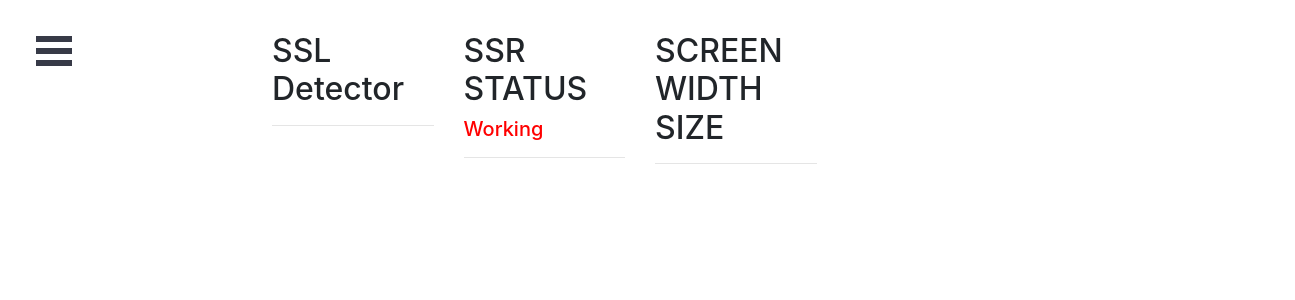
Repository: adrihle/screen-detector-nextpwa
Page: /
An editor plug-in stored every save of this project. The page is shown before and after the next save, followed by the edit.
The browser window is 1280 px wide. The page is 1280 px wide, then 1295 px, so the pictures cover 1295 px, including what lies to the right of the window. The pictures show the whole page.
The project was rebuilt for these pictures with package versions that can differ from the ones it lists, and the page was loaded fresh each time. The framework's server and built-in components were replaced by stand-ins that run in the browser. Imported but missing from the stored project, and not drawn on this page: pages/_document.

Above is the page before, as saved 2020-12-29 18:36:44.

### pages/_app.js
import App, { Container } from "next/app";
import Head from "next/head";
import styled, { createGlobalStyle } from "styled-components";
import { title } from "./_document";
import ScreenSizeLayout from '../components/smart/ScreenSizeLayout'
import Menu from '../components/navigation/mobile'

// Any global CSS variables and selectors we want
const GlobalStyle = createGlobalStyle`
  :root {
    --padding: 2rem;
    --max-width: 50rem;
  }

  body {
    background: var(--background--1);
    font-family: 'PT Sans', sans-serif;
    margin: 0;
  }
`;

const Main = styled.main`
  margin: 0 auto;
  max-width: var(--max-width);
  padding: var(--padding);
`;

export default class MyApp extends App {
  static async getInitialProps({ Component, ctx }) {
    let pageProps = {};

    if (Component.getInitialProps) {
      pageProps = await Component.getInitialProps(ctx);
    }

    return { pageProps };
  }

  render() {
    const { Component, pageProps, router } = this.props;

    return (
      <>
        <Head>
          <title>{title}</title>
          <link rel="stylesheet" href="https://stackpath.bootstrapcdn.com/bootstrap/4.3.1/css/bootstrap.min.css" integrity="sha384-ggOyR0iXCbMQv3Xipma34MD+dH/1fQ784/j6cY/iJTQUOhcWr7x9JvoRxT2MZw1T" crossorigin="anonymous"></link>
        </Head>
        <Container>
            {/* here a smart screen detector */}
            <ScreenSizeLayout>
              <Menu />
              {/* here a style layout */}
              <Main>
                <Component {...pageProps} router={router} />

              </Main>
            </ScreenSizeLayout>
          <GlobalStyle />
        </Container>
      </>
    );
  }
}

### pages/index.js
import Nav from '../components/navigation/mobile'

const Index = ({ server, measures, screen }) => {

  const width = measures && measures[0] + 'px'
  const heigh = measures && measures[1] + 'px'


  return (
    <div  id='container'>
      <div className='row' id='content'>
        <div className="col-md-6 col-lg-3">
          <h2>SSL Detector</h2>
          <h5 style={{color:'red'}}>{screen}</h5>
          <hr />
        </div>
        <div className="col-md-6 col-lg-3">
          <h2>SSR STATUS</h2>
          <h5 style={{color:'red'}}>{server ? 'Working' : 'Not Working'}</h5>
          <hr />
        </div>
        <div className="col-md-6 col-lg-3">
          <h2>SCREEN WIDTH SIZE</h2>
          <h5 style={{color:'red'}}>{width}</h5>
          <hr/>
        </div>
        <div className="col-md-6 col-lg-3">
          {(measures && measures[0]>240) && (
            <>
              <h2>SCREEN HEIGH SIZE</h2>
              <h5 style={{color:'red'}}>{`${heigh}px`}</h5>
              <button className='btn btn-danger mt-2'>BUTTON</button>
            </>
          )}
        </div>
      </div>
    </div>
  )
}

Index.getInitialProps = async function() {
  return {
    server: true,
  }
};

export default Index;

### components/smart/ScreenSizeLayout.tsx
import {Children, cloneElement, useState, useEffect } from 'react'

const ScreenSizeLayout = ({ children }) => {

    const [screen, setScreen] = useState(null)
    const [measures, setMeasures] = useState(null)

    const handleSize = () => {
        let width = window.innerWidth
        let heigh = window.innerHeight
        setMeasures([width, heigh])

        let landscape = width > heigh

        if (width < 420){setScreen('Mobile')}
        else if (width > 420 && width < 850 && landscape){setScreen('Land Mobile')}
        else if (width > 420 && width < 1300 && !landscape){setScreen('Tablet')}
        else if (width > 820 && width < 1400 && landscape){setScreen('Land Tablet')}
        else {setScreen('Desktop')}
    }

    useEffect(() => {
        handleSize()
        window.addEventListener('resize', handleSize)
        return () => {window.removeEventListener('resize', handleSize)}
    },[])

    const childrenWithProps = Children.map(children, child => {
        return cloneElement(child, {
            measures,
            screen
        });
      });

    return (
        <>
            {childrenWithProps}
        </>
    )
}

export default ScreenSizeLayout

### components/navigation/mobile.tsx
import { slide as Menu } from 'react-burger-menu'

var styles = {
    bmBurgerButton: {
      position: 'fixed',
      width: '36px',
      height: '30px',
      left: '36px',
      top: '36px'
    },
    bmBurgerBars: {
      background: '#373a47'
    },
    bmBurgerBarsHover: {
      background: '#a90000'
    },
    bmCrossButton: {
      height: '24px',
      width: '24px'
    },
    bmCross: {
      background: '#bdc3c7'
    },
    bmMenuWrap: {
      position: 'fixed',
      height: '100%'
    },
    bmMenu: {
      background: '#373a47',
      padding: '2.5em 1.5em 0',
      fontSize: '1.15em'
    },
    bmMorphShape: {
      fill: '#373a47'
    },
    bmItemList: {
      color: '#b8b7ad',
      padding: '0.8em'
    },
    bmItem: {
      display: 'inline-block'
    },
    bmOverlay: {
      background: 'rgba(0, 0, 0, 0.3)'
    }
  }

const Mobile = ({ outerContainer, pageWrap }) => {
    return (
        <Menu styles={styles}>
            <a id="home" className="menu-item" href="/">Home</a>
            <a id="about" className="menu-item" href="/about">About</a>
            <a id="contact" className="menu-item" href="/contact">Contact</a>
        </Menu>
    )
}

export default Mobile

After the next save:
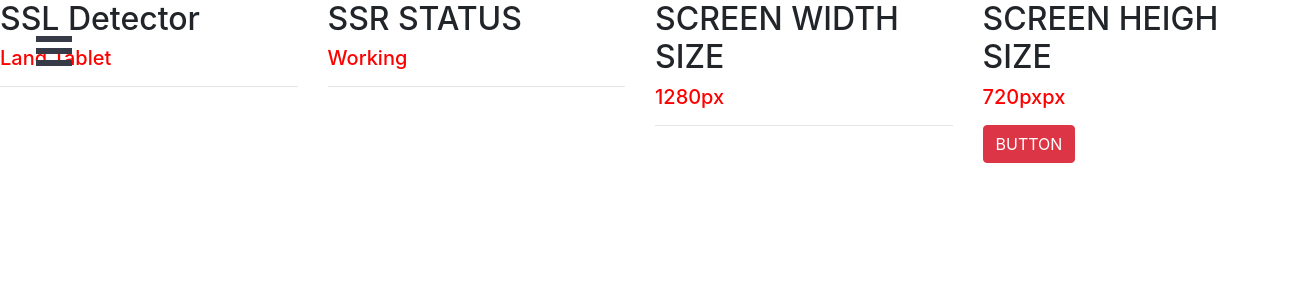
Saved 45 s later.
--- a/pages/_app.js
+++ b/pages/_app.js
@@ -49,11 +49,7 @@ export default class MyApp extends App {
             {/* here a smart screen detector */}
             <ScreenSizeLayout>
               <Menu />
-              {/* here a style layout */}
-              <Main>
                 <Component {...pageProps} router={router} />
-
-              </Main>
             </ScreenSizeLayout>
           <GlobalStyle />
         </Container>
